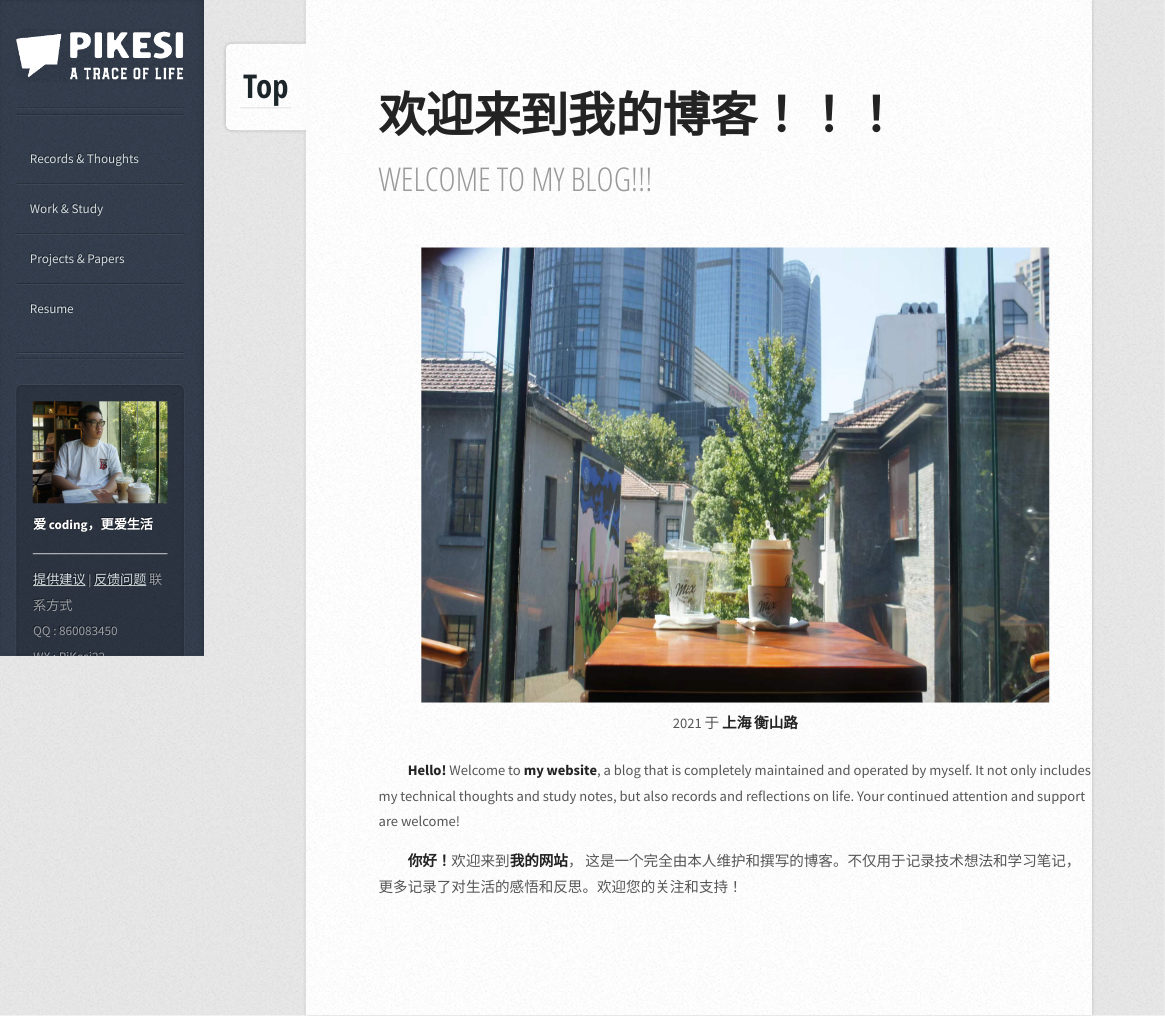
Repository: PiKesi522/PiKesi522.github.io
Page: index.html
These files come from the project's save history. The page is drawn as it stood at one moment and after the next save; the edit follows.
The browser window is 1280 px wide. The pictures show the whole page, at 91% of full size.

Above is the page before, as saved 2023-04-11 14:34:26.

After the next save:
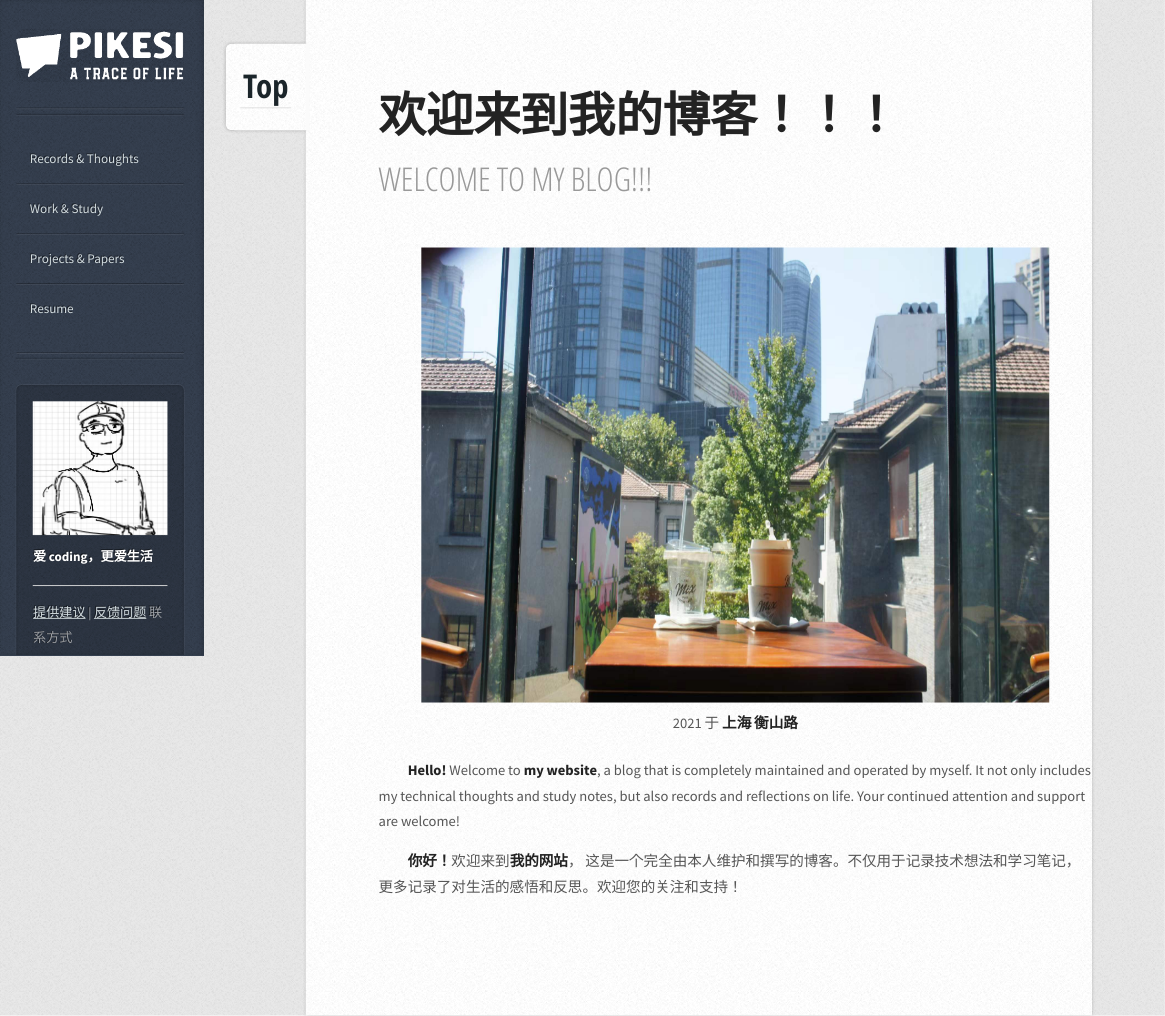
Saved 6 s later.
--- a/index.html
+++ b/index.html
@@ -95,7 +95,7 @@
 		<section class="box text-style1">
 			<div class="inner">
 				<p>
-					<img style="width: 100%;" src="assets/images/avatar.jpg" alt="Logo">
+					<img style="width: 100%;" src="assets/images/icon1.jpg" alt="Logo">
 					<strong> 爱 coding，更爱生活</strong>
 					<hr>
 					<a href="https://github.com/PiKesi522/PiKesi522.github.io/issues">提供建议</a> |
